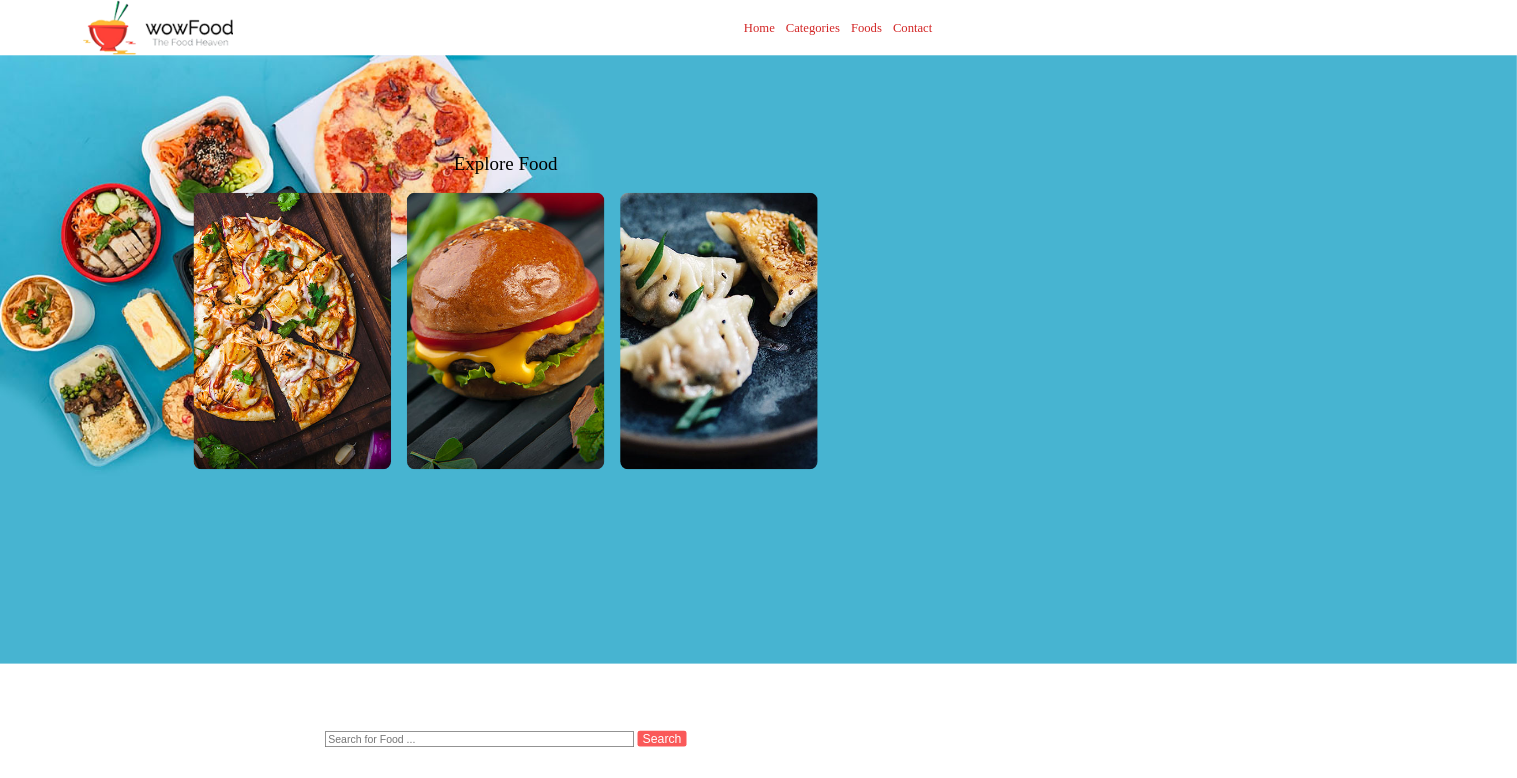
Repository: ruaruababa/WowFood
Page: index.html
The author's editor kept a copy of each file at every save. The page is drawn from the files as they stood at one save, then again after the next save.
The browser window is 1280 px wide. The page is 1920 px wide, then 1280 px, then 1920 px, so the pictures cover 1920 px, including what lies to the right of the window. The pictures show the whole page, at 79% of full size.

Above is the page before, as saved 2021-09-17 21:43:51.

After the next save:
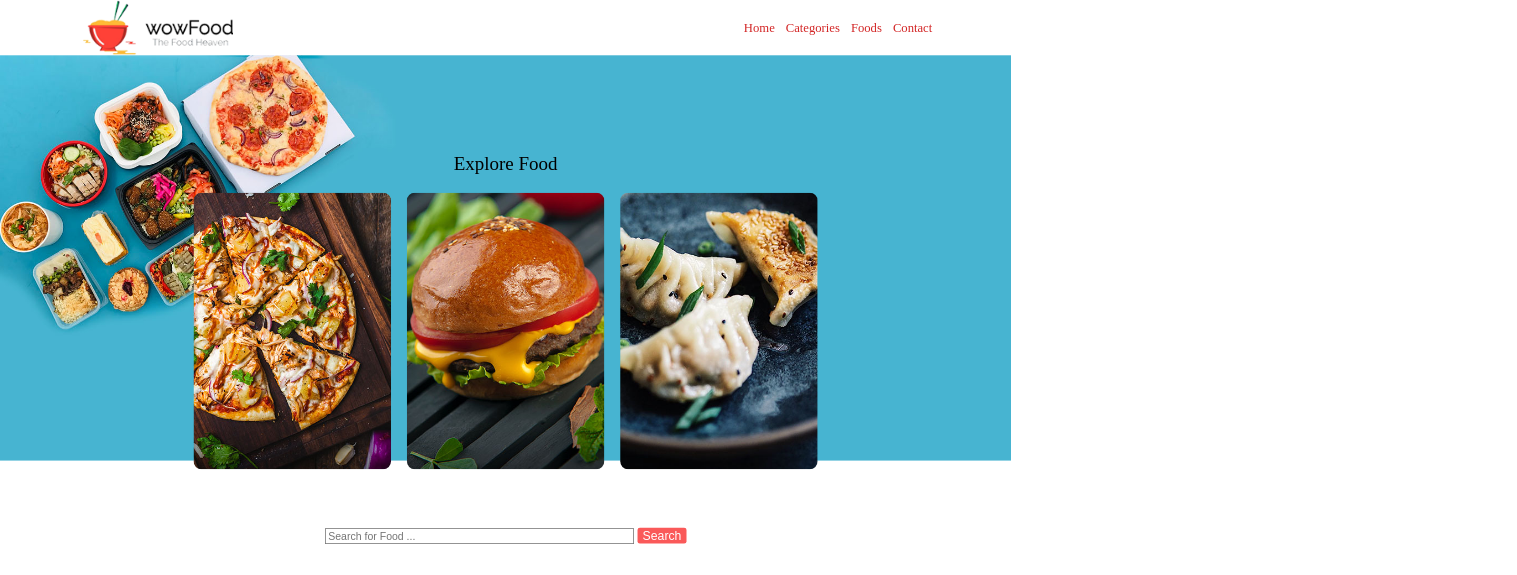
Saved 4 s later.
--- a/style.css
+++ b/style.css
@@ -33,7 +33,7 @@
 }
 .background-search img{
     height: 10%;
-    width: ;
+    width: 100%;
 }
 .input-search{
     width: 30%;

After the 4 saves that followed:
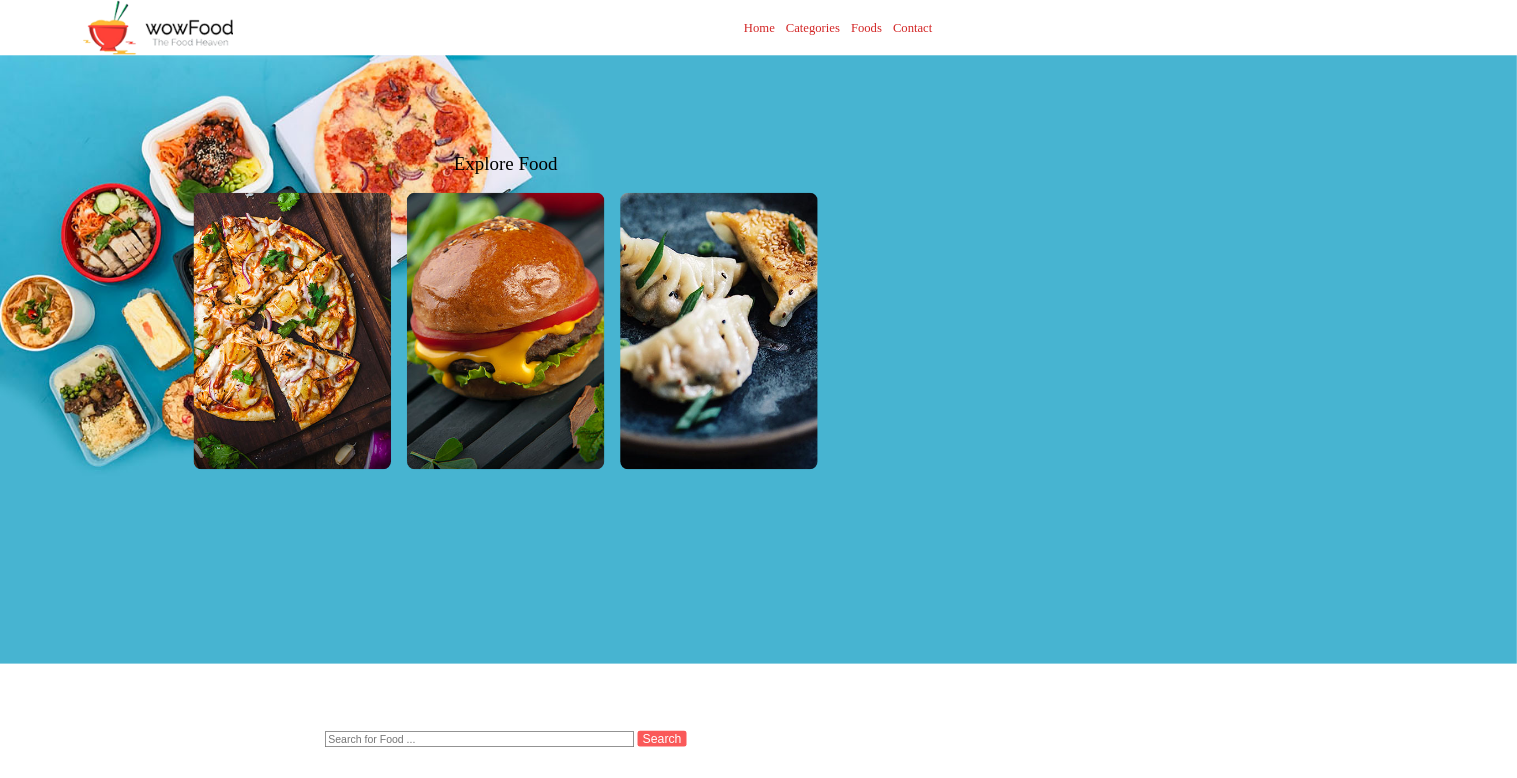
The 4 saves are shown as one change because 1 left the picture as it was and some came seconds apart.
The last was saved 30 s later.
--- a/style.css
+++ b/style.css
@@ -32,8 +32,8 @@
     line-height: 100px;
 }
 .background-search img{
-    height: 10%;
-    width: 100%;
+    height: 5%;
+    width: inherit;
 }
 .input-search{
     width: 30%;
